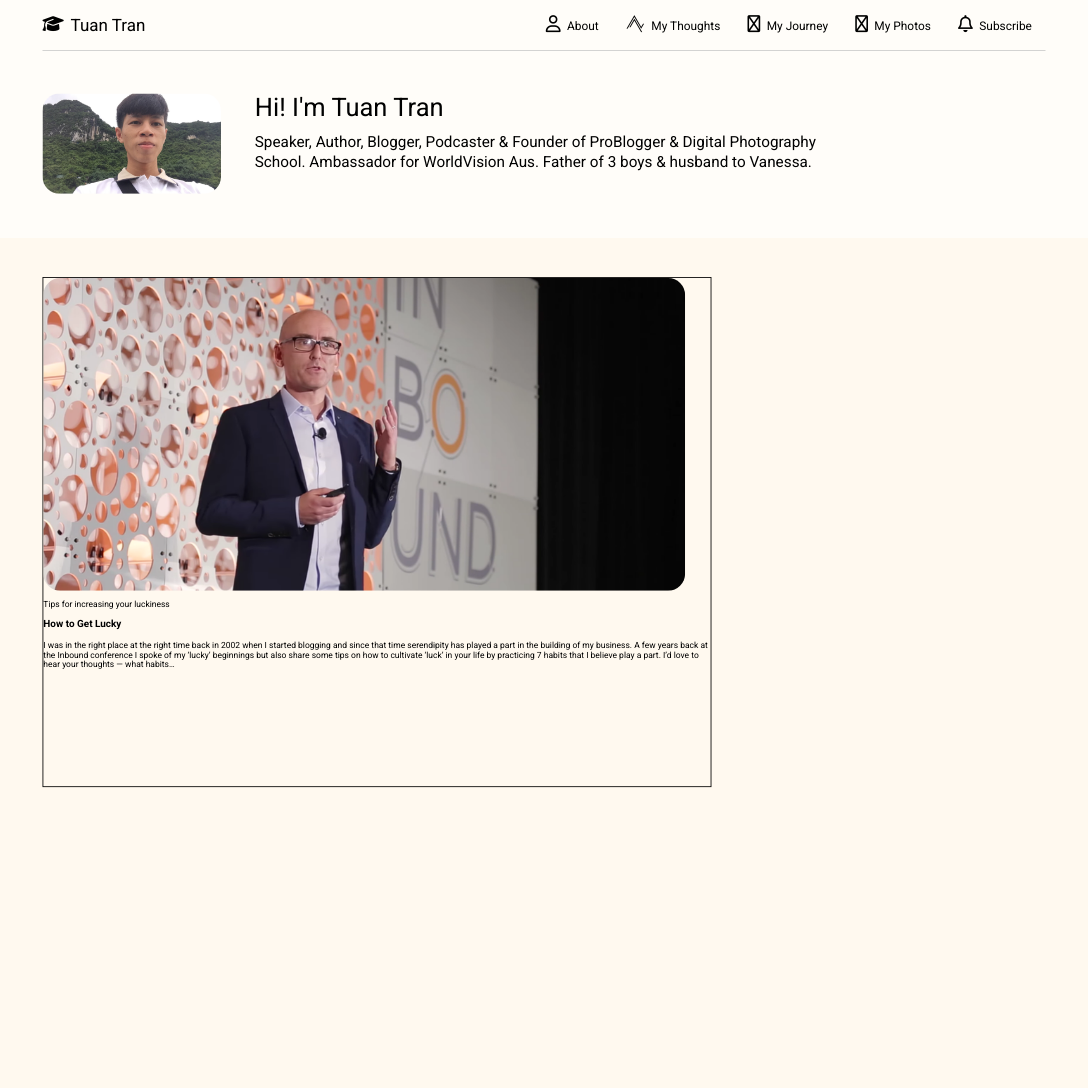
Repository: TranDinhTuann/Blog-Demo
Page: index.html
The author's editor kept a copy of each file at every save. The page is drawn from the files as they stood at one save, then again after the next save.
The browser window is 1280 px wide. The pictures show the whole page, at 85% of full size.

Above is the page before, as saved 2023-03-22 20:23:45.

After the next save:
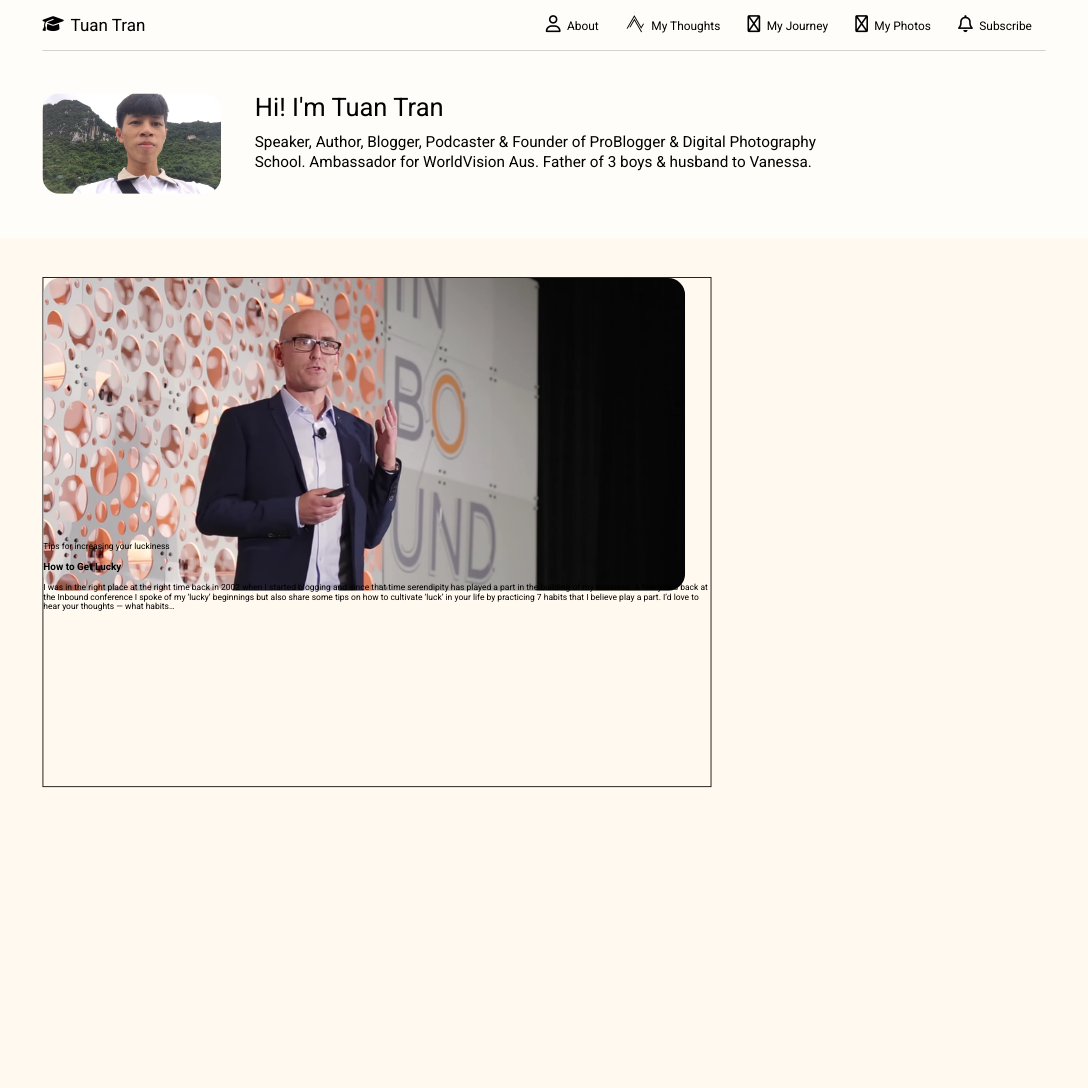
Saved 50 s later.
--- a/assets/css/base.css
+++ b/assets/css/base.css
@@ -43,4 +43,5 @@ img{
 }
 .img-human{
     margin-right: 30px;
+    height: 300px;
 }
